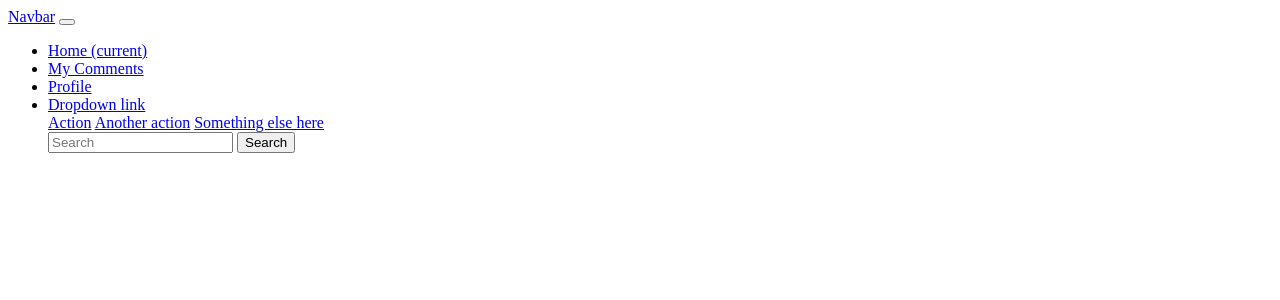
Repository: drewsparker/tuneTalk
Page: userprofile.html
These files come from the project's save history. The page is drawn as it stood at one moment and after the next save; the edit follows.
The browser window is 1280 px wide. The pictures show the whole page.

Above is the page before, as saved 2022-11-07 11:57:30.

### userprofile.html
<!DOCTYPE html>
<html lang="en">
<head>
    <meta charset="UTF-8">
    <meta http-equiv="X-UA-Compatible" content="IE=edge">
    <meta name="viewport" content="width=device-width, initial-scale=1.0">
    <title>tuneTalk - Profile</title>
</head>
<body>

    <nav class="navbar navbar-expand-lg navbar-light bg-light">
  <a class="navbar-brand" href="#">Navbar</a>
  <button class="navbar-toggler" type="button" data-toggle="collapse" data-target="#navbarNavDropdown" aria-controls="navbarNavDropdown" aria-expanded="false" aria-label="Toggle navigation">
    <span class="navbar-toggler-icon"></span>
  </button>
  <div class="collapse navbar-collapse" id="navbarNavDropdown">
    <ul class="navbar-nav">
      <li class="nav-item active">
        <a class="nav-link" href="#">Home <span class="sr-only">(current)</span></a>
      </li>
      <li class="nav-item">
        <a class="nav-link" href="#">My Comments</a>
      </li>
      <li class="nav-item">
        <a class="nav-link" href="#">Profile</a>
      </li>
      <li class="nav-item dropdown">
        <a class="nav-link dropdown-toggle" href="#" role="button" data-toggle="dropdown" aria-expanded="false">
          Dropdown link
        </a>
        <div class="dropdown-menu">
          <a class="dropdown-item" href="#">Action</a>
          <a class="dropdown-item" href="#">Another action</a>
          <a class="dropdown-item" href="#">Something else here</a>
        </div>

        <form class="form-inline">
            <input class="form-control mr-sm-2" type="search" placeholder="Search" aria-label="Search">
            <button class="btn btn-outline-success my-2 my-sm-0" type="submit">Search</button>
      </li>
    </ul>
  </div>
</nav>

</body>
</html>

After the next save:
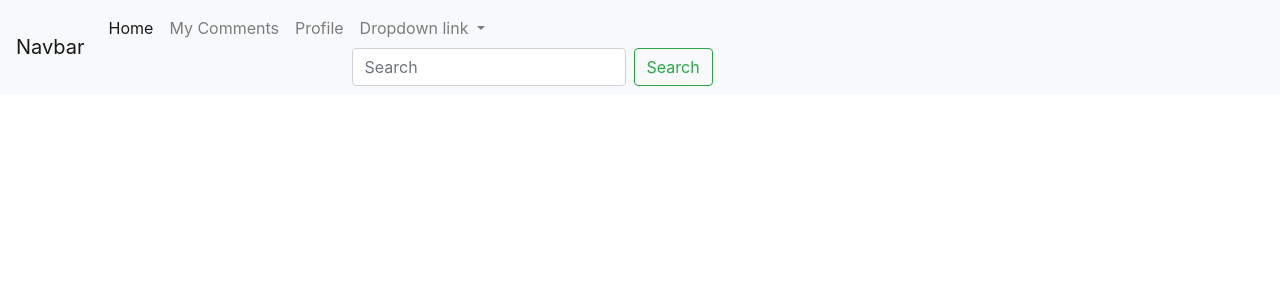
Saved 70 s later.
--- a/userprofile.html
+++ b/userprofile.html
@@ -4,6 +4,7 @@
     <meta charset="UTF-8">
     <meta http-equiv="X-UA-Compatible" content="IE=edge">
     <meta name="viewport" content="width=device-width, initial-scale=1.0">
+    <link rel="stylesheet" href="https://cdn.jsdelivr.net/npm/bootstrap@4.6.2/dist/css/bootstrap.min.css" integrity="sha384-xOolHFLEh07PJGoPkLv1IbcEPTNtaed2xpHsD9ESMhqIYd0nLMwNLD69Npy4HI+N" crossorigin="anonymous">
     <title>tuneTalk - Profile</title>
 </head>
 <body>
